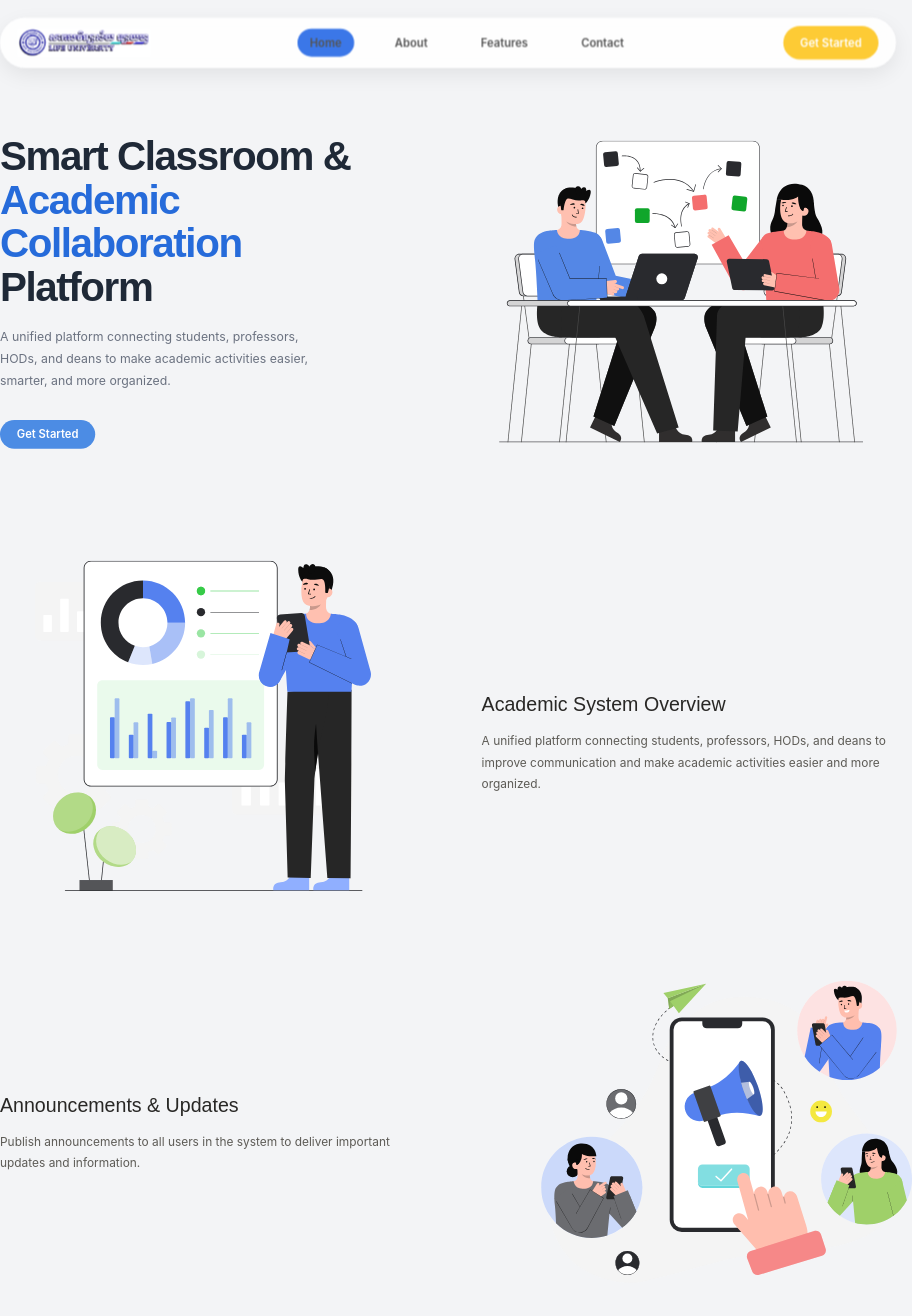
Repository: Chocovcandy/Classroom_Management_System
Page: http://localhost/
An editor plug-in stored every save of this project. The page is shown before and after the next save, followed by the edit.
The browser window is 1280 px wide. The page is 1303 px wide, so the pictures cover 1303 px, including what lies to the right of the window. The pictures show the part of the page from y = 0 to 1880 px (the page is 3922 px tall before and 3939 px after), at 70% of full size.
Some web libraries are served in a nearby version. The page is served by the project's Laravel application, run on PHP 8.4 with Laravel 12.

Above is the page before, as saved 2026-08-09 16:50:03.

After the next save:
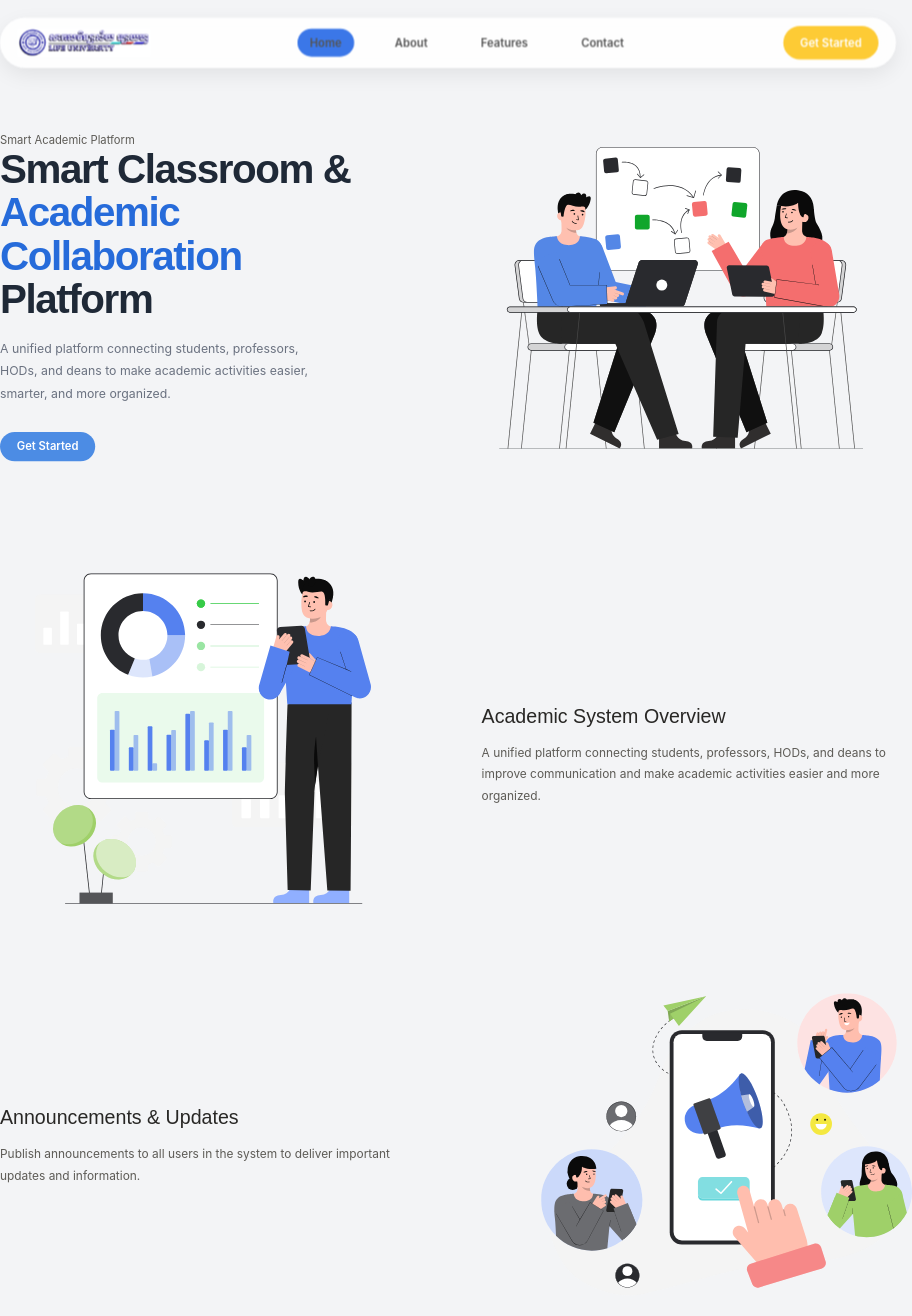
Saved 85 min 16 s later.
--- a/resources/views/welcome.blade.php
+++ b/resources/views/welcome.blade.php
@@ -58,6 +58,10 @@
 
                     <div class="home__data">
 
+                    <div class="home__badge">
+    Smart Academic Platform
+</div>
+
                         <h1 class="home__title">
                             Smart Classroom &<br>
                             <span>Academic Collaboration</span><br>
